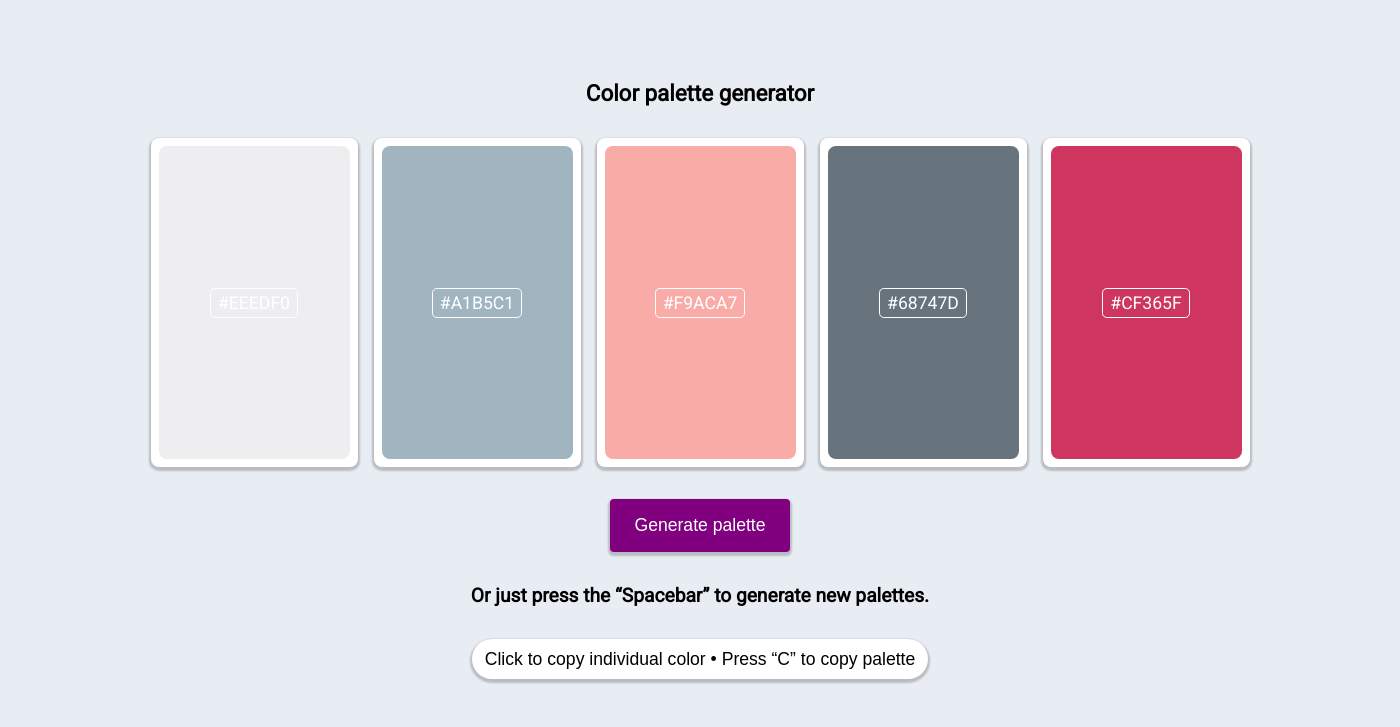
Repository: Hcmwebs/Color-Palette-Generator
Page: index.html
These files come from the project's save history. The page is drawn as it stood at one moment and after the next save; the edit follows.
The browser window is 1280 px wide. The page is 1400 px wide, so the pictures cover 1400 px, including what lies to the right of the window. The pictures show the whole page.

Above is the page before, as saved 2020-10-23 10:21:58.

After the next save:
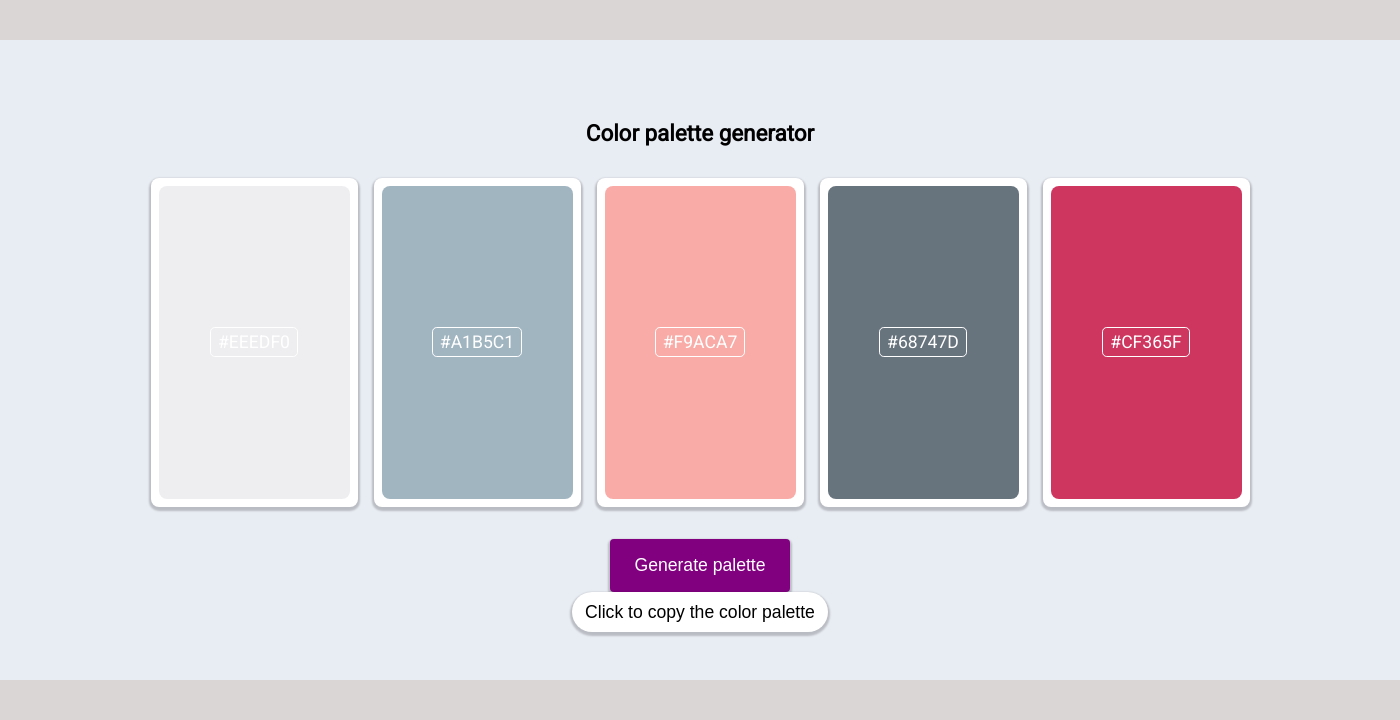
Saved 34 s later.
--- a/index.html
+++ b/index.html
@@ -49,8 +49,7 @@
 
         </div>
         <button class="btn btn--generate" id="btn">Generate palette</button>
-        <h3>Or just press the “Spacebar” to generate new palettes.</h3>
-        <button class="btn btn--white" id="btnSecondary">Click to copy individual color • Press “C” to copy palette</button>
+        <button class="btn btn--white" id="btnSecondary">Click to copy the color palette</button>
     </div>
 </body>
 </html>
